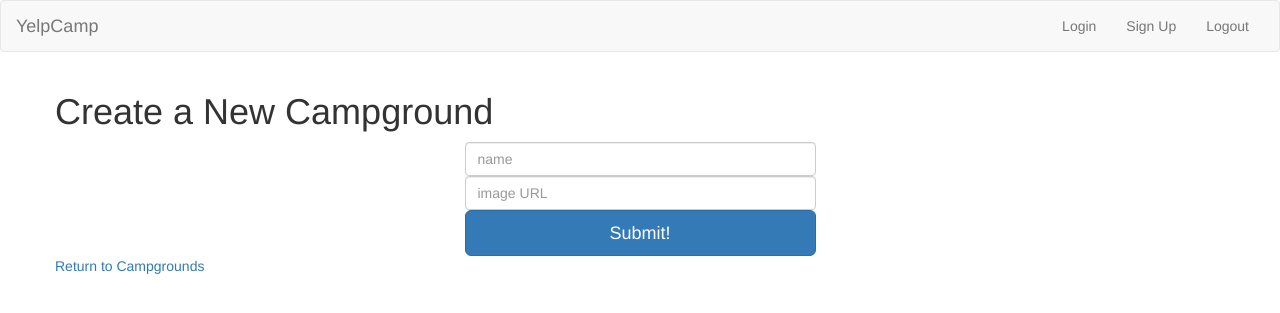
Repository: pdurkin/Web-Dev-Class
Page: http://localhost/campgrounds/new
The author's editor kept a record of every edit. The page is drawn from the files as they stood at one moment, then again after the next edit.
The browser window is 1280 px wide. The pictures show the whole page.
The page is served by the project's Node server (YelpCamp/v1/app.js).

Above is the page before.

### Back End Lessons/YelpCamp/v1/views/new.ejs
<% include partials/header %>

<div class="container">
    <div class="row">
        <h1 style="">Create a New Campground</h1>
        <div style="width: 30%; margin: 0 auto;">
            <form action="/campgrounds" method="POST">
            <input class="form-control" type="text" name="name" placeholder="name">
            <input class="form-control" type="text" name="image" placeholder="image URL">
            <!-- Bootstrap classes -->
            <button class="btn btn-default btn-lg btn-primary btn-block">Submit!</button>
        </form>

        </div>

        <a href="/campgrounds">Return to Campgrounds</a>
    </div>
</div>

<% include partials/footer %>

### Back End Lessons/YelpCamp/v1/views/partials/header.ejs
<!DOCTYPE html>
<html>
    <head>
        <title>Yelp Camp</title>
        <link rel="stylesheet" href="https://maxcdn.bootstrapcdn.com/bootstrap/3.3.7/css/bootstrap.min.css">
    </head>
    <body>
        <!-- Bootstrap Navbar -->
        <nav class="navbar navbar-default">
            <div class="container-fluid">
                <div class="navbar-header">
                    <a class="navbar-brand" href="/">YelpCamp</a>
                </div>
                <div class="collapse navbar-collapse">
                    <ul class="nav navbar-nav navbar-right">
                        <li><a href="/">Login</a></li>
                        <li><a href="/">Sign Up</a></li>
                        <li><a href="/">Logout</a></li>
                    </ul>
                </div>
            </div>
        </nav>

### Back End Lessons/YelpCamp/v1/app.js
// start packages
var express = require("express");
var app = express();
var bodyParser = require("body-parser");

app.use(bodyParser.urlencoded({exteded:true}));
app.set("view engine", "ejs");

var campgrounds = [
            {name: "Salmon Creek", image: "https://media-cdn.tripadvisor.com/media/photo-s/05/c6/94/80/red-squirrel-campsite.jpg"},
            {name: "Dewey Point", image: "https://msdnshared.blob.core.windows.net/media/MSDNBlogsFS/prod.evol.blogs.msdn.com/CommunityServer.Blogs.Components.WeblogFiles/00/00/01/21/36/2818.IMG_2641.JPG"},
            {name: "Granite Hill", image: "https://upload.wikimedia.org/wikipedia/commons/f/f6/Deep_Lake_tenting_campsite_-_Riding_Mountain_National_Park.JPG"}
        ];

// Landing page
app.get("/", function(req, res){
    res.render("landing");
});

// Display campgrounds
app.get("/campgrounds", function(req, res){
    res.render("campgrounds", {campgrounds:campgrounds});
});

// Adds new campground with form
app.get("/campgrounds/new", function(req, res){
   res.render("new");
});

// Post new campground to campgrounds page
app.post("/campgrounds", function(req, res){
    // get data from form and add to campgrounds array
    var name = req.body.name;
    var image = req.body.image;
    var newCampground = {name: name, image: image};

    // add form submission to campgrounds array
    campgrounds.push(newCampground);

    // redirect back to campgrounds page
    res.redirect("/campgrounds");
});

app.listen(process.env.PORT, process.env.IP, function(){
    console.log("YelpCamp server has started!");
});

Loaded but not shown: Back End Lessons/YelpCamp/v1/views/partials/footer.ejs (common file)

After the next edit:
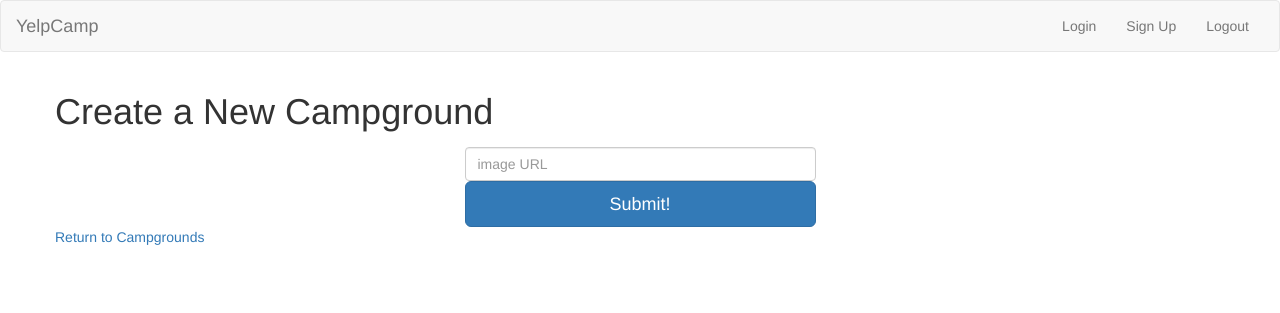
The edit:
--- a/Back End Lessons/YelpCamp/v1/views/new.ejs
+++ b/Back End Lessons/YelpCamp/v1/views/new.ejs
@@ -5,11 +5,13 @@
         <h1 style="">Create a New Campground</h1>
         <div style="width: 30%; margin: 0 auto;">
             <form action="/campgrounds" method="POST">
-            <input class="form-control" type="text" name="name" placeholder="name">
-            <input class="form-control" type="text" name="image" placeholder="image URL">
-            <!-- Bootstrap classes -->
-            <button class="btn btn-default btn-lg btn-primary btn-block">Submit!</button>
-        </form>
+                <div class="form-group"></div>
+                <div class="form-group"></div>
+                <div class="form-group"></div>
+                <input class="form-control" type="text" name="image" placeholder="image URL">
+                <!-- Bootstrap classes -->
+                <button class="btn btn-default btn-lg btn-primary btn-block">Submit!</button>
+            </form>
 
         </div>
 
